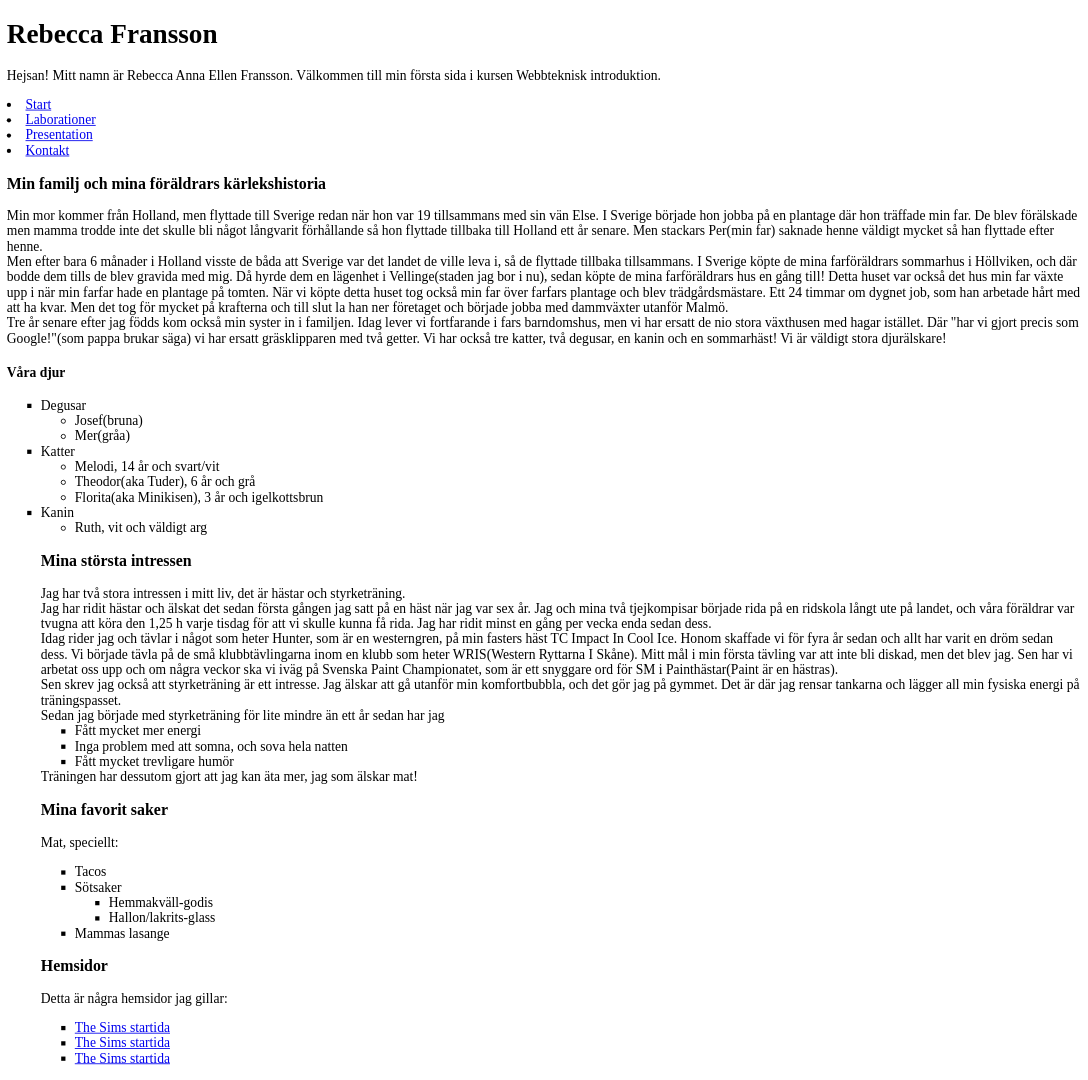
Repository: RebeccaFransson/Interfacedevelopment-1IK415
Page: pages/presentation.html
The author's editor kept a record of every edit. The page is drawn from the files as they stood at one moment, then again after the next edit.
The browser window is 1280 px wide. The pictures show the whole page, at 85% of full size.

Above is the page before.

### pages/presentation.html
<!DOCTYPE html>
<html>
    <body>


        <h1>Rebecca Fransson</h1>
        <p>Hejsan! Mitt namn är Rebecca Anna Ellen Fransson. Välkommen till min första sida i kursen Webbteknisk introduktion.</p>



        <li><a href="../index.html">Start</a> </li>  <!-- ../ gör att jag kommer ut till mappen ovan.-->
    <li><a href="laborationer.html">Laborationer</a> </li>
     <li><a href="presentation.html">Presentation</a> </li>
      <li><a href="kontakt.html">Kontakt</a> </li>




        <h3>Min familj och mina föräldrars kärlekshistoria</h3>
        <p>
            Min mor kommer från Holland, men flyttade till Sverige redan när
            hon var 19 tillsammans med sin vän Else.
            I Sverige började hon jobba på en plantage där hon träffade min far.
            De blev förälskade men mamma trodde inte det skulle bli något långvarit förhållande
            så hon flyttade tillbaka till Holland ett år senare. Men stackars Per(min far) saknade
            henne väldigt mycket så han flyttade efter henne.
            <br>Men efter bara 6 månader i Holland visste de båda att Sverige var det landet
            de ville leva i, så de flyttade tillbaka tillsammans.
            I Sverige köpte de mina farföräldrars sommarhus i Höllviken, och där bodde dem tills de
            blev gravida med mig. Då hyrde dem en lägenhet i Vellinge(staden jag bor i nu), sedan
            köpte de mina farföräldrars hus en gång till! Detta huset var också det hus min far
            växte upp i när min farfar hade en plantage på tomten. När vi köpte detta huset tog
            också min far över farfars plantage och blev trädgårdsmästare. Ett 24 timmar om dygnet job,
            som han arbetade hårt med att ha kvar. Men det tog för mycket på krafterna och till slut
            la han ner företaget och började jobba med dammväxter utanför Malmö.
            <br>Tre år senare efter jag födds kom också min syster in i familjen.
            Idag lever vi fortfarande i fars barndomshus, men vi har ersatt de nio stora växthusen
            med hagar istället. Där "har vi gjort precis som Google!"(som pappa brukar säga) vi
            har ersatt gräsklipparen med två getter. Vi har också tre katter, två degusar,
            en kanin och en sommarhäst! Vi är väldigt stora djurälskare!

            <p><h4>Våra djur</h4>
    <ul style="list-style-type:square"> <!-- Här är en lista i en lista. -->
  <li>Degusar</li>
  <ul>
      <li>Josef(bruna)</li>
      <li>Mer(gråa)</li>
    </ul>
  <li>Katter
    <ul>
      <li>Melodi, 14 år och svart/vit</li>
      <li>Theodor(aka Tuder), 6 år och grå</li>
      <li>Florita(aka Minikisen), 3 år och igelkottsbrun</li>
    </ul>
  </li>
  <li>Kanin</li>
  <ul>
      <li>Ruth, vit och väldigt arg</li>
       </ul>
  </p>





        <p>
            <h3>Mina största intressen</h3>
            Jag har två stora intressen i mitt liv, det är hästar och styrketräning.
            <br>Jag har ridit hästar och älskat det sedan första gången jag satt
            på en häst när jag var sex år. Jag och mina två tjejkompisar började
            rida på en ridskola långt ute på landet, och våra föräldrar var tvugna
            att köra den 1,25 h varje tisdag för att vi skulle kunna få rida.
            Jag har ridit minst en gång per vecka enda sedan dess.
            <br>Idag rider jag och tävlar i något som heter Hunter, som är en
            westerngren, på min fasters häst TC Impact In Cool Ice. Honom
            skaffade vi för fyra år sedan och allt har varit en dröm sedan dess.
            Vi började tävla på de små klubbtävlingarna inom en klubb som
            heter WRIS(Western Ryttarna I Skåne). Mitt mål i min första tävling
            var att inte bli diskad, men det blev jag. Sen har vi arbetat oss
            upp och om några veckor ska vi iväg på Svenska Paint Championatet,
            som är ett snyggare ord för SM i Painthästar(Paint är en hästras).
            <br>Sen skrev jag också att styrketräning är ett intresse. Jag
            älskar att gå utanför min komfortbubbla, och det gör jag på gymmet.
            Det är där jag rensar tankarna och lägger all min fysiska energi
            på träningspasset.
            <br>Sedan jag började med styrketräning för
            lite mindre än ett år sedan har jag
             <ul style="list-style-type:square">
  <li>Fått mycket mer energi</li>
  <li>Inga problem med att somna, och sova hela natten</li>
  <li>Fått mycket trevligare humör</li>
</ul>
Träningen har dessutom gjort att jag kan äta mer, jag som älskar mat!
        </p>




        <h3>Mina favorit saker</h3>
        <p>Mat, speciellt:
  <ul style="list-style-type:square">
  <li>Tacos</li>
  <li>Sötsaker
    <ul>
      <li>Hemmakväll-godis</li>
      <li>Hallon/lakrits-glass</li>
    </ul>
  </li>
  <li>Mammas lasange</li>
</ul>

        <h3>Hemsidor</h3>
        <p>Detta är några hemsidor jag gillar:        <!--Externa länkar-->
  <ul style="list-style-type:square">
  <li><a href="https://www.thesims.com/sv_SE/">The Sims startida</a></li>
      <li><a href="https://www.thesims.com/sv_SE/">The Sims startida</a></li>
      <li><a href="https://www.thesims.com/sv_SE/">The Sims startida</a></li>

































    </body>
</html>

After the next edit:
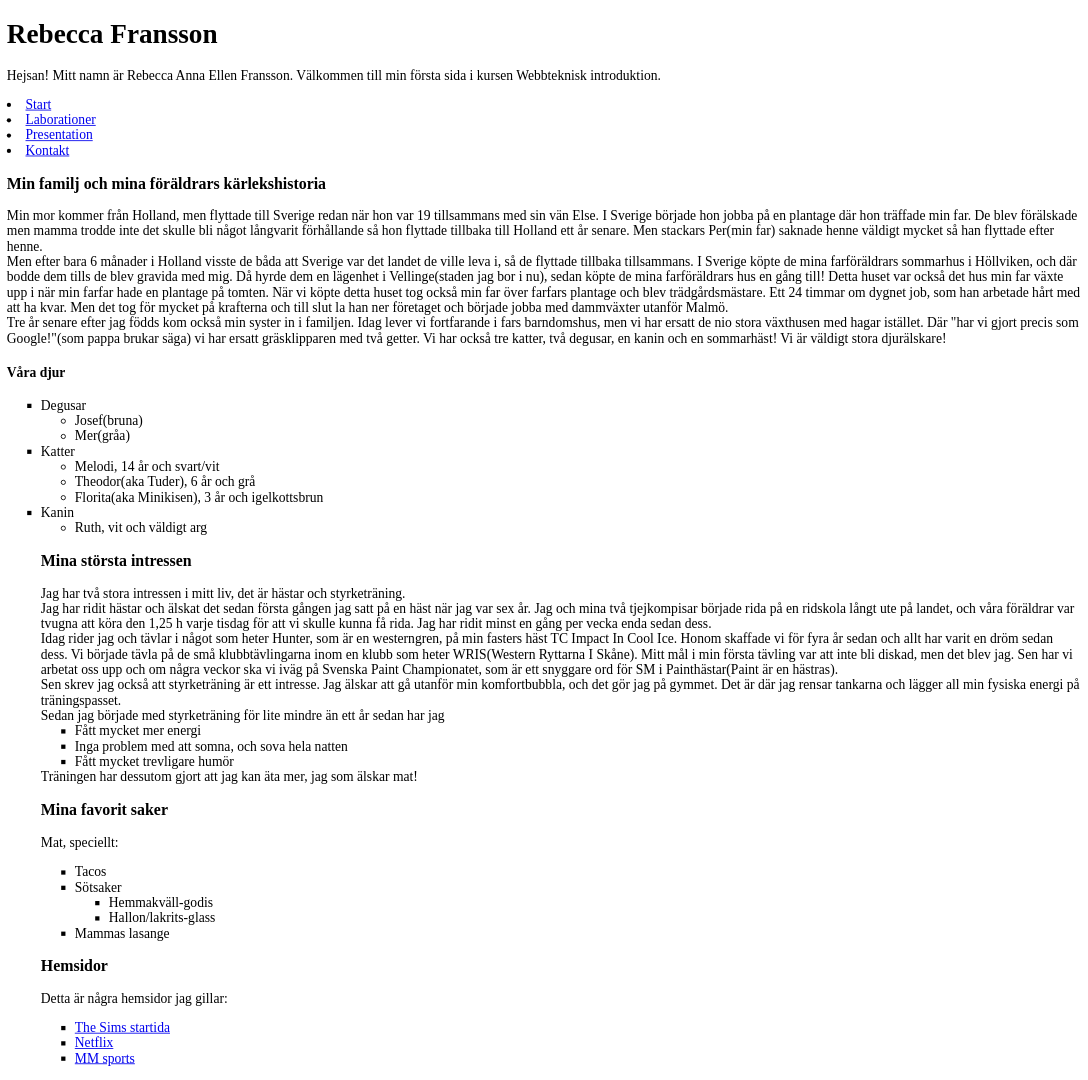
The edit:
--- a/pages/presentation.html
+++ b/pages/presentation.html
@@ -113,8 +113,8 @@
         <p>Detta är några hemsidor jag gillar:        <!--Externa länkar-->
   <ul style="list-style-type:square">
   <li><a href="https://www.thesims.com/sv_SE/">The Sims startida</a></li>
-      <li><a href="https://www.thesims.com/sv_SE/">The Sims startida</a></li>
-      <li><a href="https://www.thesims.com/sv_SE/">The Sims startida</a></li>
+      <li><a href="http://www.netflix.com/WiHome">Netflix</a></li>
+      <li><a href="http://www.mmsports.se/home.php">MM sports</a></li></p>
 
 
 
